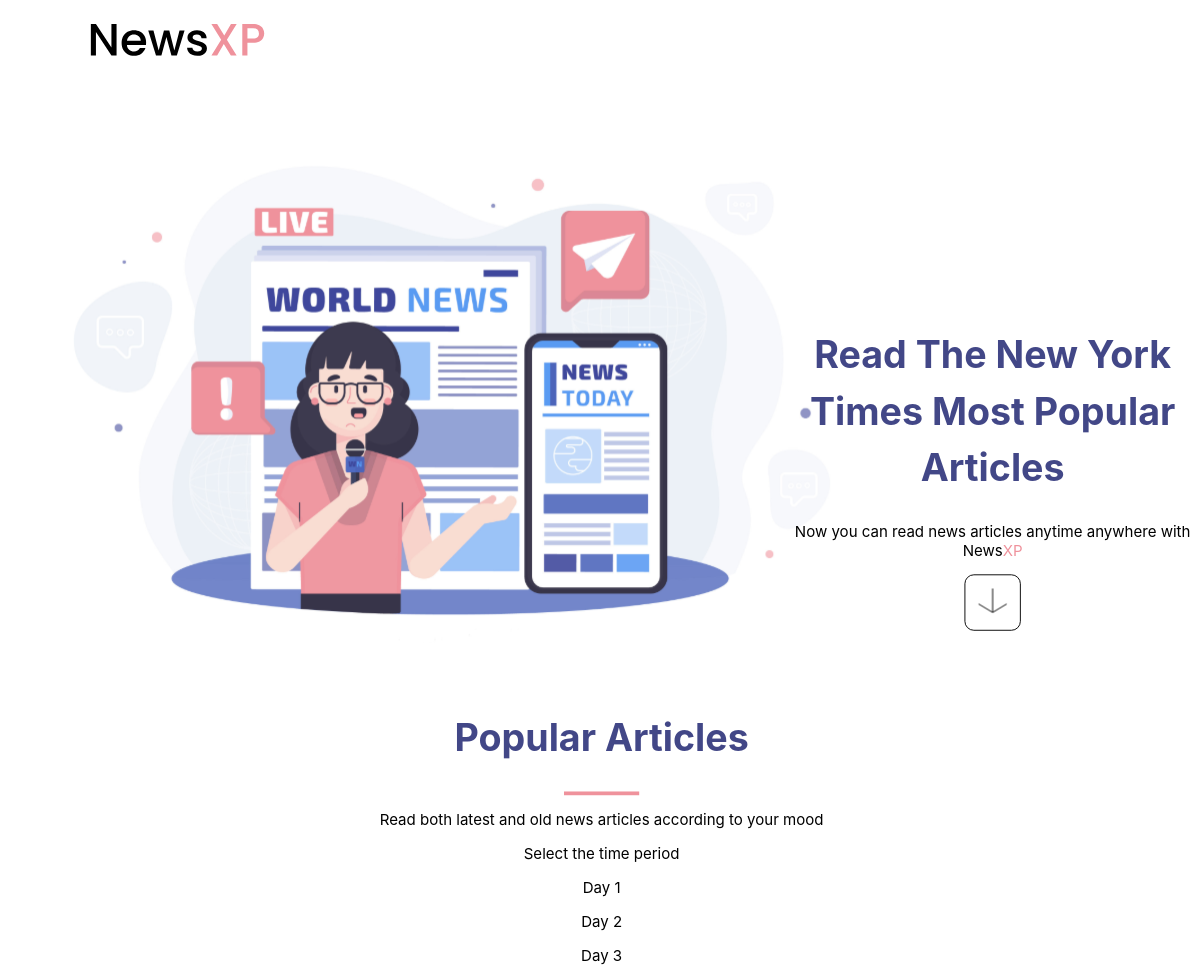
Repository: vishalsinghhh/NewsXP
Page: /
An editor plug-in stored every save of this project. The page is shown before and after a run of saves, followed by the edit.
The browser window is 1280 px wide. The pictures show the whole page, at 94% of full size.
The project was rebuilt for these pictures with package versions that can differ from the ones it lists, and the page was loaded fresh each time. Imported but missing from the stored project, and not drawn on this page: src/pages/Error.

Above is the page before, as saved 2021-08-20 11:14:44.

### src/App.js
import React from "react";
import { BrowserRouter as Router, Route, Switch } from "react-router-dom";
// import pages
import Home from "./pages/Home";
import Error from "./pages/Error";
// import components
import Navbar from "./components/Navbar"
import Footer from "./components/Footer"

function App() {
  return (
    <div>
      <Router>
        <Navbar />
        <Switch>
          <Route exact path="/">
            <Home />
          </Route>
          <Route path="*">
            <Error />
          </Route>
        </Switch>
        <Footer/>
      </Router>
    </div>
  );
}

export default App;

### src/pages/Home.jsx
import React from 'react'
import hero from '../images/hero.svg'
import arrow from '../images/arror.svg'
import './pages.css'

const Home = () => {
    return (
      <main>
        <div className="hero">
          <div className="hero-center">
            <div className="hero-info">
              <h1>Read The New York Times Most Popular Articles</h1>
              <p>
                Now you can read news articles anytime anywhere with News
                <span className="xp">XP</span>
              </p>
              <button className="btn">
                <img src={arrow} alt="arrow" className="arrow" />
              </button>
            </div>
            <div className="hero-images">
              <img src={hero} alt="hero" className="hero-img" />
            </div>
          </div>
        </div>
        <div className="news">
          <div className="news-center">
            <div className="news-info">
              <h1 className="news-title">Popular Articles</h1>
              <div className="underline"></div>
              <p>
                Read both latest and old news articles according to your mood
              </p>
              <p>Select the time period</p>
              <div className="days">
                <div className="day1"><p>Day 1</p></div>
                <div className="day2"><p>Day 2</p></div>
                <div className="day3"><p>Day 3</p></div>
              </div>
              <div className="news-cards">
              </div>
            </div>
          </div>
        </div>
      </main>
    );
}

export default Home

### src/components/Navbar.js
import React from 'react'
import { Link } from "react-router-dom";
import logo from '../images/logo.svg';
import './Components.css';

const Navbar = () => {
    return (
        <nav className="nav">
            <div className="nav-center">
                <Link to='/'>
                    <img src={logo} alt="logo" className="logo" />
                </Link>
            </div>
        </nav>
    )
}

export default Navbar

### src/components/Footer.js
import React from 'react'

const Footer = () => {
    return (
        <div>
            {/* <h1>Footer</h1> */}
        </div>
    )
}

export default Footer

### src/pages/pages.css
.btn {
  /* Rectangle 1 */

  /* position: absolute; */
  width: 60px;
  height: 60px;
  left: 1113px;
  top: 512px;

  background: #ffffff;
  border: 1px solid #000000;
  box-sizing: border-box;
  border-radius: 10px;
}

.hero::before {
  content: "";
  position: absolute;
  width: 100%;
  height: 65%;
  top: 0;
  left: 0;
}
.hero {
  position: relative;
  min-height: 100vh;
  margin-top: -5rem;
  margin-left: 2rem;
  display: grid;
  grid-template-columns: 1fr;
  /* justify-items: center; */
}
.hero-center {
  width: 90vw;
  max-width: var(--max-width);
  display: grid;
  align-items: center;
}
.hero-img {
  /* position: relative; */
  z-index: -1;
  margin-top: 10%;
}
.hero-info {
  position: absolute;
  text-transform: none;
  margin-left: 50rem;
  margin-top: 16rem;
  text-align: center;
}
.hero-info h1 {

  max-width: 1500px;
  font-size: 2.5rem;
  letter-spacing: 3%;
  line-height: 150%;
  color: #424787;
}
.xp{
    color: #EF929C;
}
.btn{
    cursor: pointer;
}
.btn:hover{
    background: #EF929C;
    transition: all 0.7s ease;
}
.arrow{
    animation: bounce 2s infinite;
}
@keyframes bounce {
  0%, 20%, 50%, 80%, 100% {
    transform: translateY(0);
  }
  40% {
    transform: translateY(-25px);
  }
  60% {
    transform: translateY(-10px);
  }
}


/* *******Popular Articles*********  */
/* .news{
  position: absolute;
  justify-content: center;
  align-items: center;
} */
.news{
  display: flex;
  justify-content: center;
  text-align: center;
}
.news-title{
  max-width: 1500px;
  font-size: 2.5rem;
  letter-spacing: 3%;
  line-height: 150%;
  color: #424787;
}
.underline {
  width: 5rem;
  height: 0.25rem;
  background: #EF929C;
  margin-left: auto;
  margin-right: auto;
}

### src/components/Components.css
:root {

  --transition: all 0.3s linear;
  --spacing: 0.1rem;
  --radius: 0.25rem;
  --light-shadow: 0 5px 15px rgba(0, 0, 0, 0.1);
  --dark-shadow: 0 5px 15px rgba(0, 0, 0, 0.2);
  --max-width: 1170px;
  --fixed-width: 620px;
}
.nav {
  height: 5.5rem;
  display: flex;
  align-items: center;
  justify-content: center;
  background: transparent;
  position: relative;
  z-index: 1;
}
.nav-center {
  width: 85vw;
  /* max-width: var(--max-width); */
}

Loaded but not shown: public/index.html (common file); src/index.js (common file); src/index.css (common file)

After the next 6 saves:
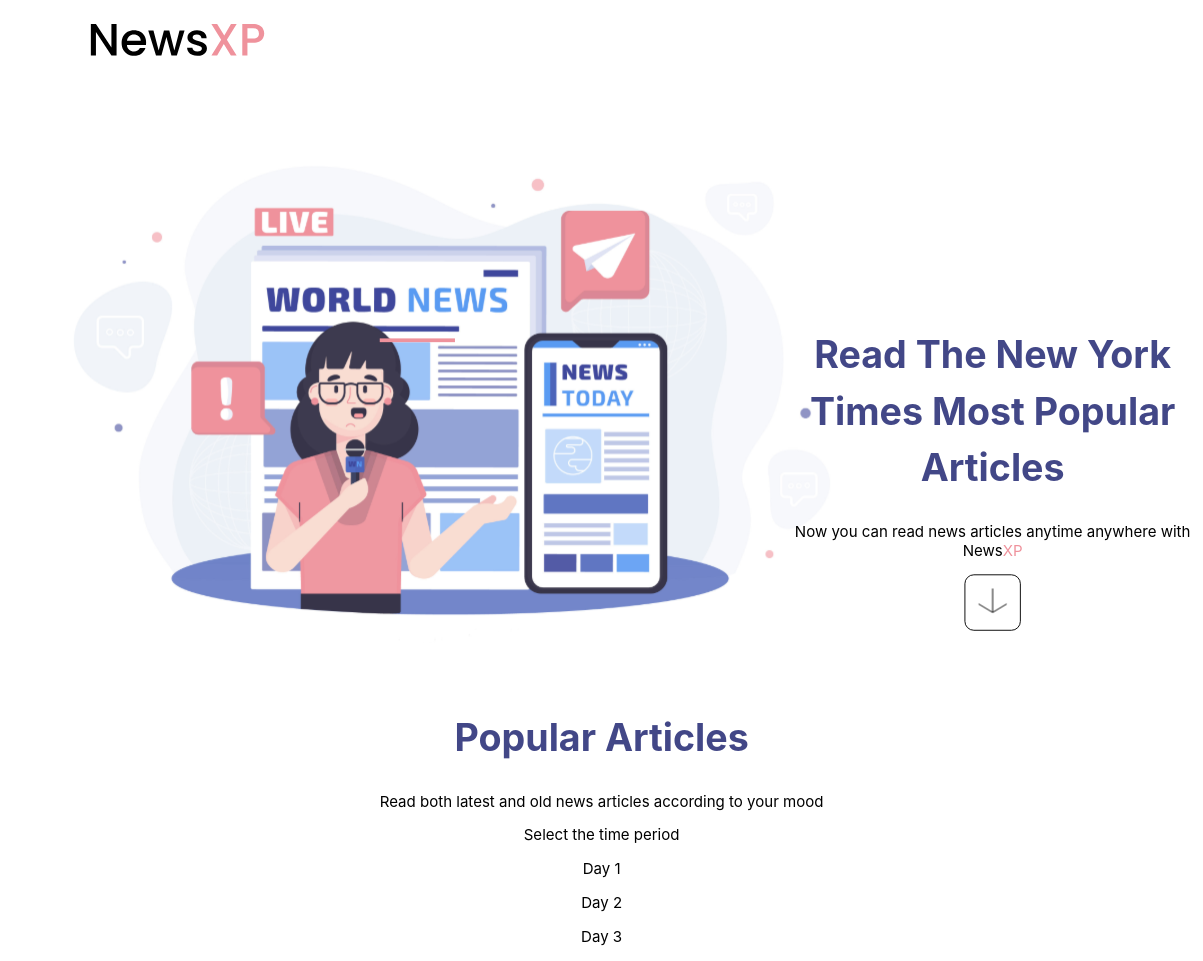
The 6 saves are shown as one change because they came seconds apart.
The last was saved 19 s later.
--- a/src/pages/pages.css
+++ b/src/pages/pages.css
@@ -101,6 +101,8 @@
   color: #424787;
 }
 .underline {
+  position: absolute;
+  top: 50%;
   width: 5rem;
   height: 0.25rem;
   background: #EF929C;
